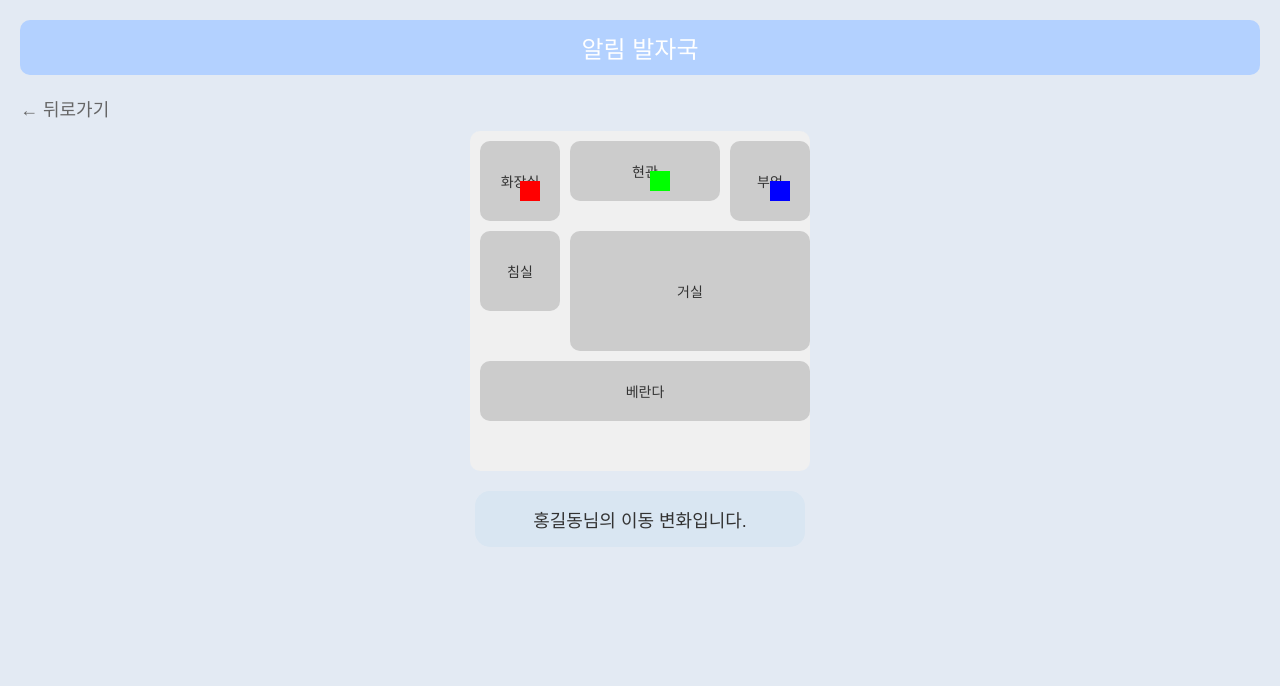
Repository: step-by-steps/step_by_steps_web
Page: http://localhost/step2
These files come from the project's save history. The page is drawn as it stood at one moment and after the next save; the edit follows.
The browser window is 1280 px wide. The pictures show the whole page.
The page is served by the project's application, run on Flask 3 (main.py). The session is filled in as if someone had signed in: {"username": "testuser"}. Queries for data that is not in the repository find no rows.

Above is the page before, as saved 2024-08-19 01:22:36.

After the next save:
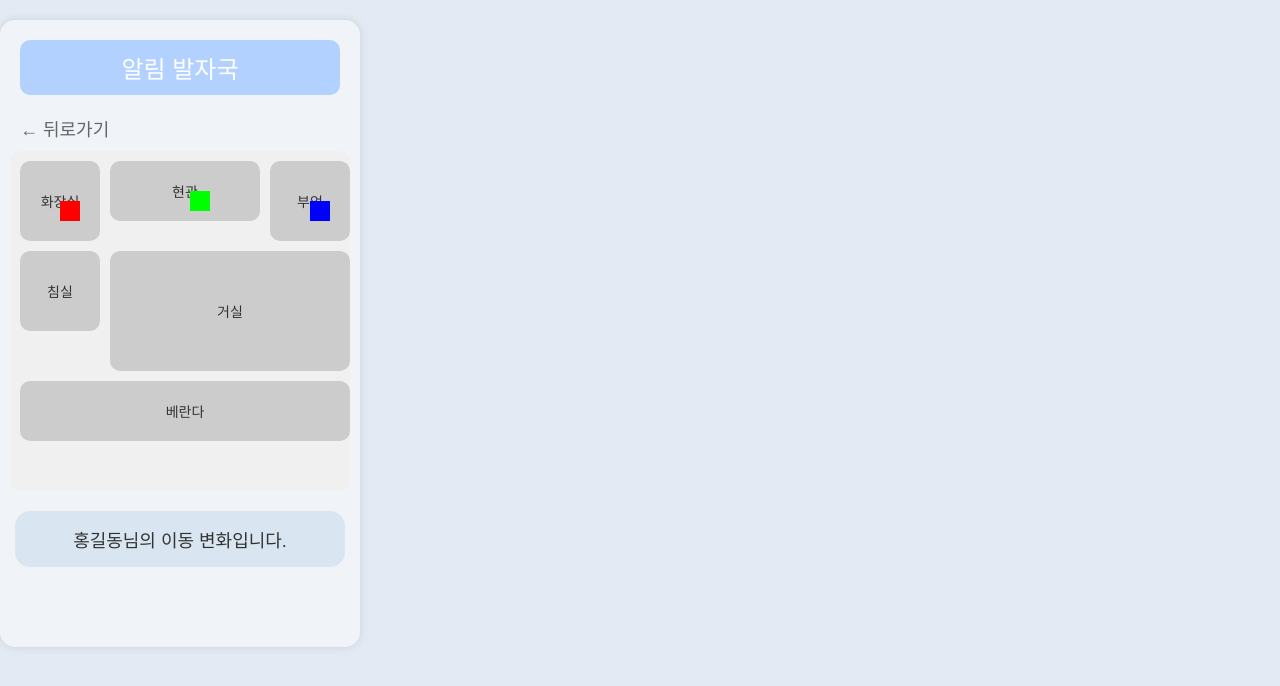
Saved 20 s later.
--- a/templates/step2.html
+++ b/templates/step2.html
@@ -87,6 +87,16 @@
             max-width: 300px;
             margin-bottom: 20px;
         }
+        .container {
+            width: 100%;
+            max-width: 320px;
+            padding: 20px;
+            background-color: #F0F4F8; /* 기존보다 명도 높은 배경색 */
+            border-radius: 15px;
+            box-shadow: 0 0 10px rgba(0, 0, 0, 0.1);
+            margin-top: 20px;
+            position: relative;
+        }
         .alerts-container {
             width: 100%;
             max-width: 300px;
